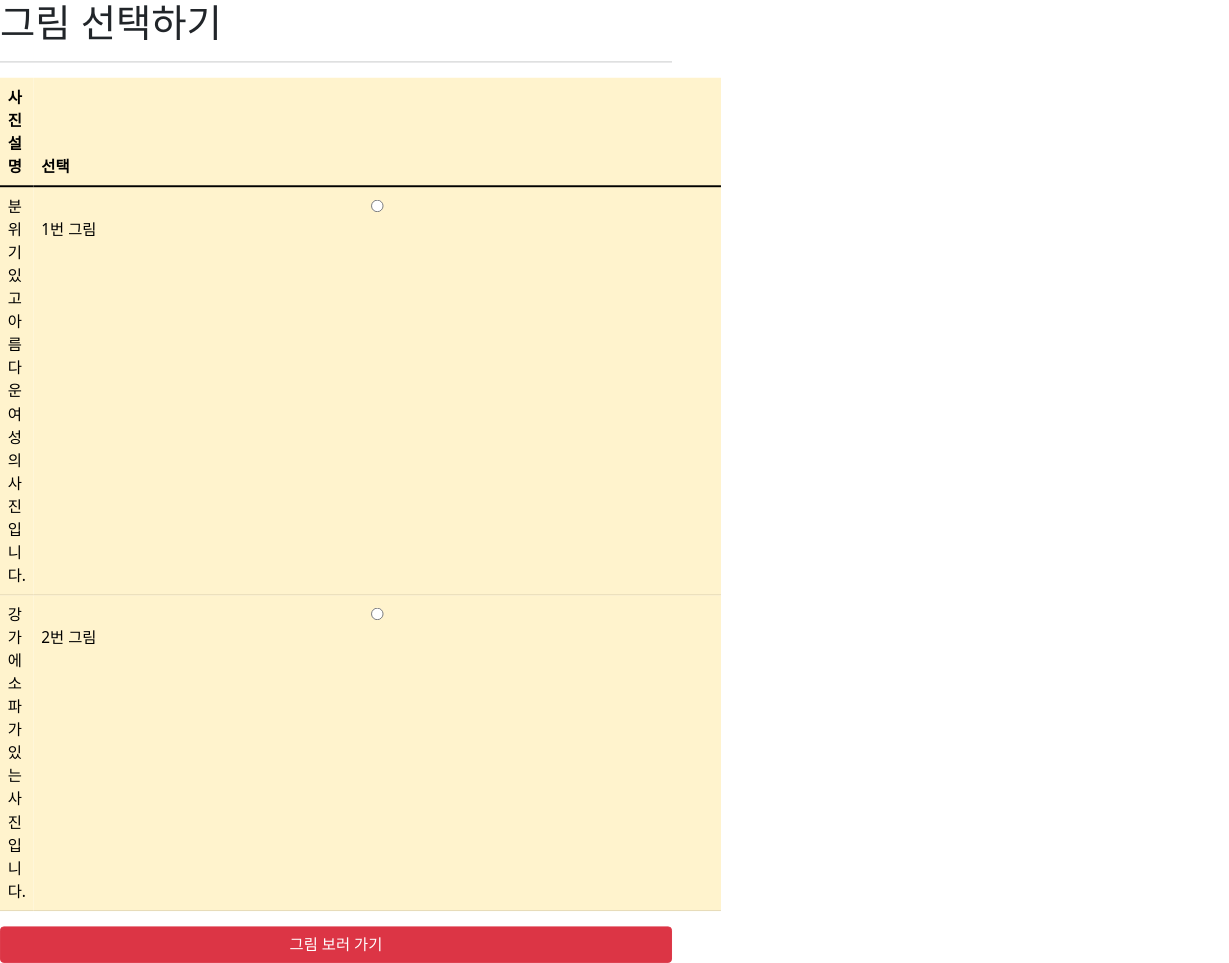
Repository: limbbbyoung/JSP_practice
Page: http://localhost/JSPbasic/jspobject/request/req_photo.jsp
An editor plug-in stored every save of this project. The page is shown before and after the next save, followed by the edit.
The browser window is 1280 px wide. The pictures show the whole page, at 96% of full size.
The page is served by Tomcat 9.

Above is the page before, as saved 2022-03-28 08:22:32.

After the next save:
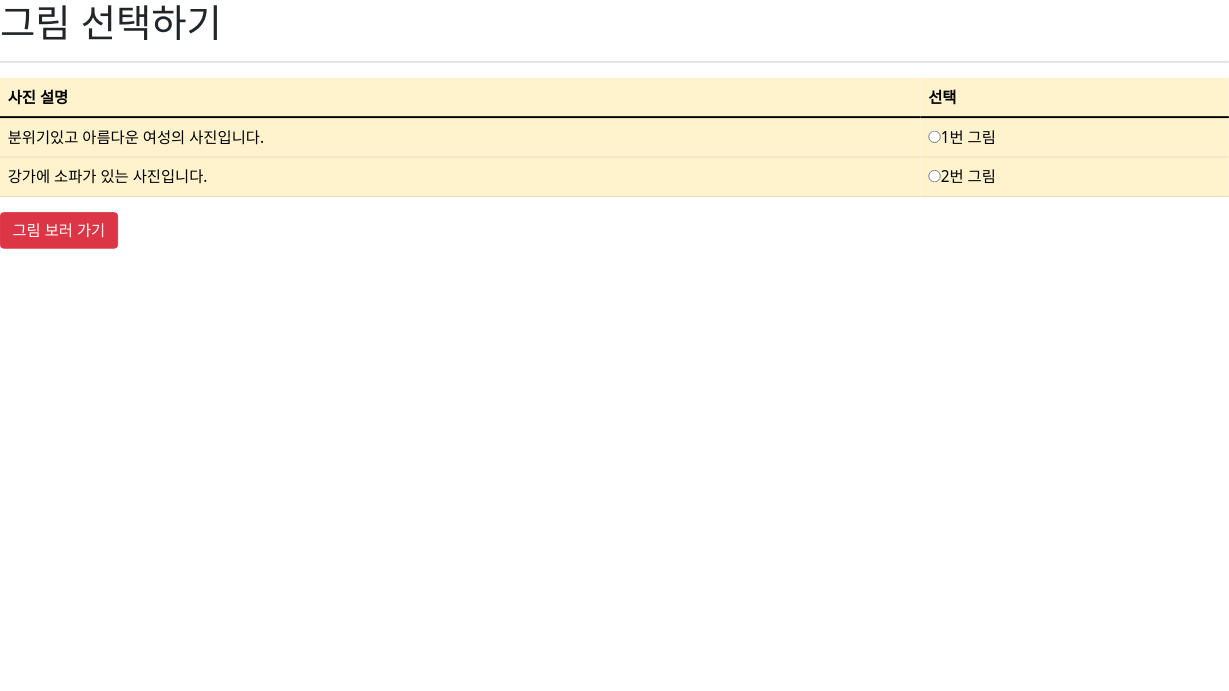
Saved 7 s later.
--- a/JSPbasic/src/main/webapp/jspobject/request/req_photo.jsp
+++ b/JSPbasic/src/main/webapp/jspobject/request/req_photo.jsp
@@ -4,7 +4,7 @@
 <html>
 <head>
 <style>
-     * { width : 700px;}
+
 </style>
 <link href="https://cdn.jsdelivr.net/npm/bootstrap@5.1.3/dist/css/bootstrap.min.css" rel="stylesheet" integrity="sha384-1BmE4kWBq78iYhFldvKuhfTAU6auU8tT94WrHftjDbrCEXSU1oBoqyl2QvZ6jIW3" crossorigin="anonymous">
 <meta charset="UTF-8">
